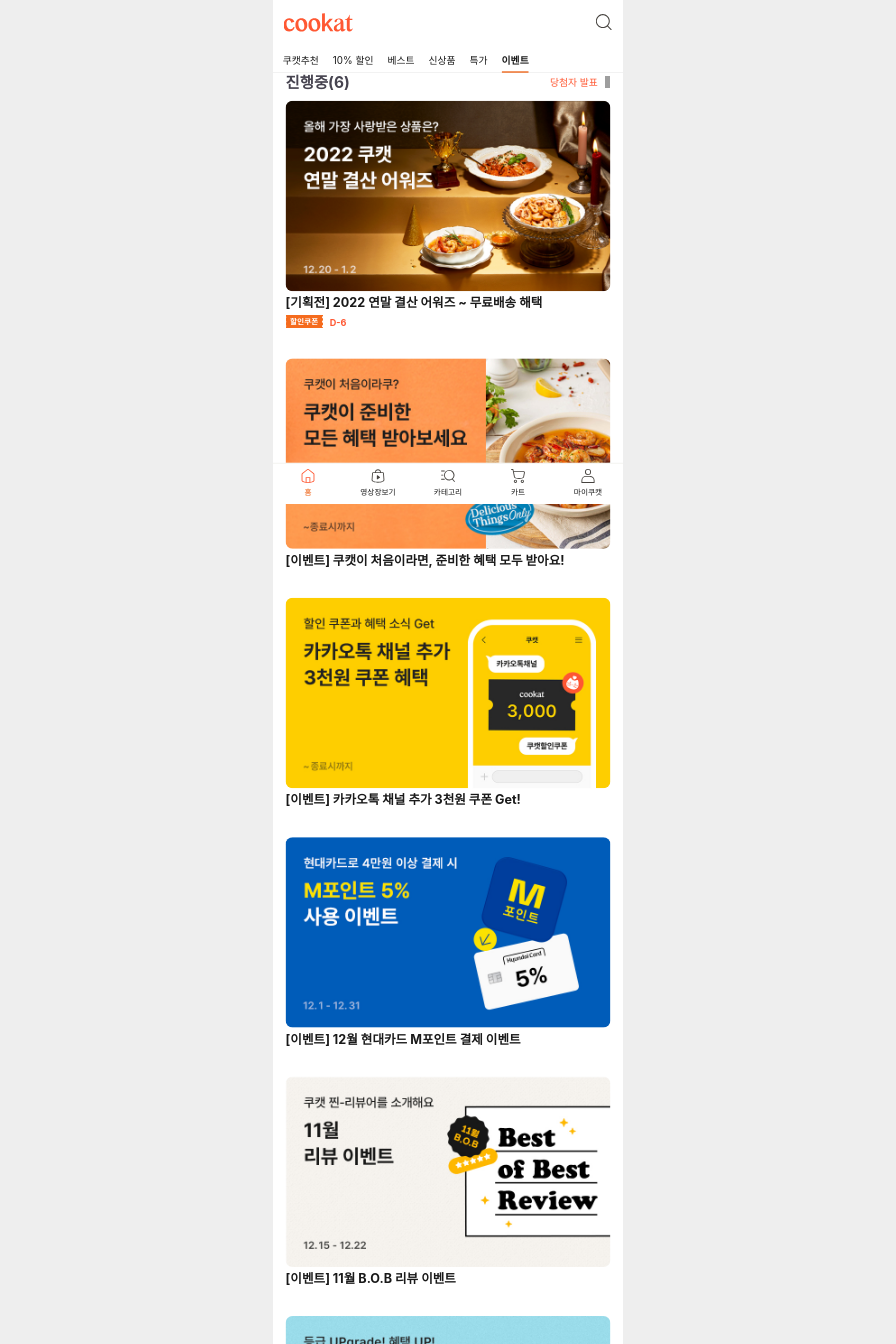
Repository: CooKat/Cookat
Page: event.html
The author's editor kept a copy of each file at every save. The page is drawn from the files as they stood at one save, then again after the next save.
The browser window is 1280 px wide. The pictures show the part of the page from y = 0 to 1920 px (the page is 3066 px tall), at 70% of full size.
Pictures or frames that could not be fetched are drawn as grey boxes. A picture or video elsewhere on the page could not be fetched, so the positions and the page height are approximate. Some web fonts or font styles are not loaded; a fallback is used.

Above is the page before, as saved 2022-12-29 17:25:36.
Not found: css/responsive.css
Not found: js/ex1.js

### event.html
<!DOCTYPE html>
<html lang="ko-KR">
  <head>
    <meta charset="UTF-8" />
    <meta http-equiv="X-UA-Compatible" content="IE=edge" />
    <meta name="viewport" content="width=device-width, initial-scale=1.0" />
    <link rel="shortcut icon" type="image/x-icon" href="./images/1.png" />
    <link
      rel="stylesheet"
      as="style"
      crossorigin
      href="https://cdn.jsdelivr.net/gh/orioncactus/pretendard@v1.3.6/dist/web/static/pretendard.css"
    />
    <link
      href="https://cdn.jsdelivr.net/npm/remixicon@2.5.0/fonts/remixicon.css"
      rel="stylesheet"
    />
    <link
      rel="stylesheet"
      href="https://cdn.jsdelivr.net/npm/swiper/swiper-bundle.min.css"
    />
    <link rel="stylesheet" href="./css/main.css" />
    <link rel="stylesheet" href="./css/event.css" />
    <title>쿠캣</title>
  </head>
  <body>
    <div class="container">
      <!-- 상단 메뉴바 -->
      <header class="header">
        <a href="/" class="logo"
          ><img src="./images/logo-main.svg" alt="쿠캣마켓"
        /></a>
        <div class="menu swiper">
          <ul class="swiper-wrapper" role="menubar" aria-hidden="false">
            <li role="none" class="swiper-slide">
              <a role="menuitem" href="/">쿠캣추천</a>
            </li>
            <li class="swiper-slide" role="none">
              <a role="menuitem" href="/">10% 할인</a>
            </li>
            <li class="swiper-slide" role="none">
              <a role="menuitem" href="./best.html">베스트</a>
            </li>
            <li class="swiper-slide" role="none">
              <a role="menuitem" href="/">신상품</a>
            </li>
            <li class="swiper-slide" role="none">
              <a role="menuitem" href="./specialPrice.html">특가</a>
            </li>
            <li class="swiper-slide active" role="none">
              <a role="menuitem" href="/">이벤트</a>
            </li>
          </ul>
        </div>
        <button type="button" class="search">
          <img src="./images/ic-24-finder.svg" alt="검색 아이콘" />
        </button>
      </header>

      <main class="main">
        <section class="event">
          <!-- 진행중(6) 당첨자 발표 -->
          <div class="event-ing">
            <h2 class="event-ing-title">진행중(6)</h2>
            <a href="/"><p>당첨자 발표</p></a>
          </div>

          <!-- 행사 아이템들 -->
          <div class="item-list">
            <a href="/event.html">
              <div class="item-list-item">
                <img src="./images/event1.jpg" />
                <h2 class="item-list-title title-first">
                  [기획전] 2022 연말 결산 어워즈 ~ 무료배송 해택
                </h2>
                <div class="coupon-day">
                  <i class="icon-coupon"></i>
                  <span class="coupon-date">D-6</span>
                </div>
              </div>
            </a>
          </div>

          <div class="item-list">
            <a href="/event.html">
              <div class="item-list-item">
                <img src="./images/event2.jpg" />
                <h2 class="item-list-title">
                  [이벤트] 쿠캣이 처음이라면, 준비한 혜택 모두 받아요!
                </h2>
              </div>
            </a>
          </div>

          <div class="item-list">
            <a href="/event.html">
              <div class="item-list-item">
                <img src="./images/event3.jpg" />
                <h2 class="item-list-title">
                  [이벤트] 카카오톡 채널 추가 3천원 쿠폰 Get!
                </h2>
              </div>
            </a>
          </div>

          <div class="item-list">
            <a href="/event.html">
              <div class="item-list-item">
                <img src="./images/event4.jpg" />
                <h2 class="item-list-title">
                  [이벤트] 12월 현대카드 M포인트 결제 이벤트
                </h2>
              </div>
            </a>
          </div>

          <div class="item-list">
            <a href="/event.html">
              <div class="item-list-item">
                <img src="./images/event5.jpg" />
                <h2 class="item-list-title">[이벤트] 11월 B.O.B 리뷰 이벤트</h2>
              </div>
            </a>
          </div>

          <div class="item-list">
            <a href="/event.html">
              <div class="item-list-item">
                <img src="./images/event6.jpg" />
                <h2 class="item-list-title">
                  [공지사항] NEW 쿠캣 등급 개편 안내
                </h2>
              </div>
            </a>
          </div>
        </section>
      </main>

      <!-- footer -->
      <footer class="footer">
        <div class="center-info-container">
          <h2 class="center-info">쿠캣 고객센터</h2>
          <span class="time-info"
            >평일 <time>10:00</time> ~ <time>18:00</time> (점심시간
            <time>13:00</time> ~ <time>14:00</time>)</span
          >

          <a href="tel:1668-3525" class="center-contact"> 고객센터</a>
        </div>
        <div class="business-info-container">
          <div class="business-info-title-container">
            <h2 class="business-info">(주) 쿠캣 사업자 정보</h2>
            <button class="business-info-toggle-btn">
              <img
                alt="addit-toggle-img"
                src="	https://crcf.cookatmarket.com/assets/mobile/img/using_guide/ic-16-close-bold.svg"
              />
            </button>
          </div>

          <ul class="business-info-list">
            <li class="business-info-item">
              <label for="representative">대표자</label
              ><span id="representative">이문주</span>
            </li>
            <li class="business-info-item">
              <label for="address">주소</label>
              <address id="address">
                서울특별시 강남구 영동대로112길 36, 3층, 지하 1층 (삼성동,
                오티씨타워)
              </address>
            </li>
            <li class="business-info-item">
              <label
                for="
              business-number"
                >사업자등록번호</label
              ><span id=" business-number">
                110-86-12995
                <a class="business-info-check" href="/"
                  >사업자정보 확인</a
                ></span
              >
            </li>
            <li class="business-info-item">
              <label for="mail-order-number">통신판매업 신고번호</label
              ><span
                id="
              mail-order-number"
                >2018-서울강남-01681</span
              >
            </li>
            <li class="business-info-item">
              <div class="center-info-flexcontent-container">
                <label
                  for="
              service-center"
                  >고객센터</label
                >
                <div class="center-info-content-container">
                  <a
                    id="service-center"
                    href="tel:1668-3525
              "
                    >1668-3525
                  </a>
                  <span id="service-center"
                    >평일 <time>10:00</time> ~ <time>18:00</time> (점심시간
                    <time>13:00</time> ~ <time>14:00</time>) 주말
                    <time>10:00</time> ~ <time>13:00</time></span
                  >
                </div>
              </div>
            </li>
            <li class="business-info-item">
              <label for="marketing-email">마케팅 제휴문의</label
              ><span id="marketing-email">marketing@cookat.co</span>
            </li>
            <li class="business-info-item">
              <label
                for="
              goods-email"
                >상품 제휴문의</label
              ><span id=" goods-email">
                <span>product@cookat.co<br /></span
              ></span>
            </li>
            <li class="business-info-item">
              <label for="person-in-charge">개인정보보호 책임자</label
              ><span id="person-in-charge"> 주지석 (jiseok.joo@cookat.co)</span>
            </li>
          </ul>

          <small class="copyright">
            Copyright © 쿠캣. All rights reserved.</small
          >
          <ul class="more-details-list">
            <li><a class="more-details" href="/">이용약관</a></li>
            <li>
              <a class="more-details" id="qkdcla" href="/">개인정보 처리방침</a>
            </li>
            <li><a class="more-details" href="/">공지사항</a></li>
          </ul>
        </div>

        <div class="additional-container">
          <a href="/">로그인</a>
          <a id="app-down" href="/"> APP다운</a>
        </div>
      </footer>

      <!-- 하단바 -->
      <nav class="fix-footer-menu">
        <ul>
          <li class="my-home on"><a href="/">홈</a></li>
          <li class="my-video"><a href="/">영상장보기</a></li>
          <li class="my-menu"><a href="/">카테고리</a></li>
          <li class="my-cart"><a href="/">카트</a></li>
          <li class="my-cookat"><a href="/">마이쿠캣</a></li>
        </ul>
      </nav>
    </div>

    <!-- Swiper JS -->
    <script src="https://cdn.jsdelivr.net/npm/swiper/swiper-bundle.min.js"></script>
    <!-- Initialize Swiper -->
    <script src="./js/ex1.js"></script>
    <script>
      var menu = new Swiper('.menu.swiper', {
        slidesPerView: 'auto',
        freeMode: true,
      });
    </script>
  </body>
</html>

### css/event.css
main {
  padding: 0 18px;
}
body {
  margin-top: 30px;
}

.event-ing {
  display: flex;
  flex-flow: row nowrap;
  justify-content: space-between;
  align-items: center;
  margin-top: var(--spacing-xxxl);
  margin-bottom: var(--spacing-md);
}

.event-ing-title {
  font-size: var(--text-xl);
  line-height: var(--text-xxl);
  color: var(--color-black);
  font-weight: 700;
}

.event-ing p {
  color: #ff5833;
  font-size: var(--text-sm);
}
.event-ing p::after {
  content: '';
  color: #ff5833;
  margin-left: var(--spacing-xxs);
  padding-left: var(--spacing-md);
  background: url('https://crcf.cookatmarket.com/assets/mobile/img/using_guide/ic-16-next-orange-fit.svg')
    no-repeat 6px;
}

.item-list {
}

.item-list-item {
}

.item-list-item img {
  border-radius: 10px;
}

.item-list-title {
  font-size: var(--text-lg);
  line-height: var(--text-xxl);
  font-weight: 700;
  margin-bottom: var(--spacing-xxxl);
}

.title-first {
  margin-bottom: 0;
}

.item-list-title h2:first-child {
  margin-bottom: 0;
}

.coupon-day {
  margin-top: var(--spacing-xxs);
  display: flex;
  flex-flow: row nowrap;
  margin-bottom: var(--spacing-xxxl);
}

.icon-coupon {
  width: 53px;
  height: 19px;
  background: url(../images/ic-event-sale-coupon-orange.svg) no-repeat center;
  display: inline-block;
  text-align: center;
}

.coupon-date {
  color: #ff5833;
  line-height: var(--text-xl);
  font-size: var(--text-xs);
  align-items: center;
  font-weight: 700;
  padding-left: var(--spacing-sm);
}

@media (max-width: 500px) {
  .event-ing-title {
    font-size: 4vw;
    line-height: 3vh;
  }

  .item-list-title {
    font-size: 7vw;
    line-height: 5vh;
  }
}

### css/theme.css
:root {
  /* 수식 단축키 art+shift+M */
  --color-white: #ffffff;
  --color-blank: #f9f9f9;
  --color-cement: #9d9995;
  --color-placeholder: #bbb8b5;
  --color-deep-orange: #eb5500;
  --color-border: #e9e8e2;
  --color-success: #579bdb;
  --color-black: #46434f;
  --color-gray: #9d999d;
  --color-greyish-brown: #5b5752;

  --spacing-sxxs: 0.125rem; /* 2px */
  --spacing-xxs: 0.25rem; /* 4px */
  --spacing-xs: 0.5rem; /* 8px */
  --spacing-sm: 0.625rem; /* 10px */
  --spacing-xm: 0.75rem; /* 12px */
  --spacing-md: 0.875rem; /* 14px */
  --spacing-m: 0.937rem; /* 15px */
  --spacing-base: 1rem; /* 16px */
  --spacing-lg: 1.125rem; /* 18px */
  --spacing-l: 1.25rem; /* 20px */
  --spacing-xl: 1.5rem; /* 24px */
  --spacing-xxl: 2rem; /* 32px */
  --spacing-xxxl: 2.5rem; /* 40px */

  --spacing-6: 3.75rem; /* 60px */

  --text-sxxs: 0.6875rem; /* 11px */
  --text-xxs: 0.75rem; /* 12px */
  --text-xs: 0.8125rem; /* 13px */
  --text-sm: 0.875rem; /* 14px */
  --text-md: 0.9375rem; /* 15px */
  --text-base: 1rem; /* 16px */
  --text-lg: 1.125rem; /* 18px */
  --text-xl: 1.375rem; /* 22px */
  --text-xxl: 1.625rem; /* 26px */

  --swiper-navigation-size: 1.125rem; /* 18px */

  --max-width: 31.25rem; /* 500px */
}

Loaded but not shown: css/normalize.css (library); css/reset.css (common file); css/main.css (973 lines, source omitted)

After the next save:
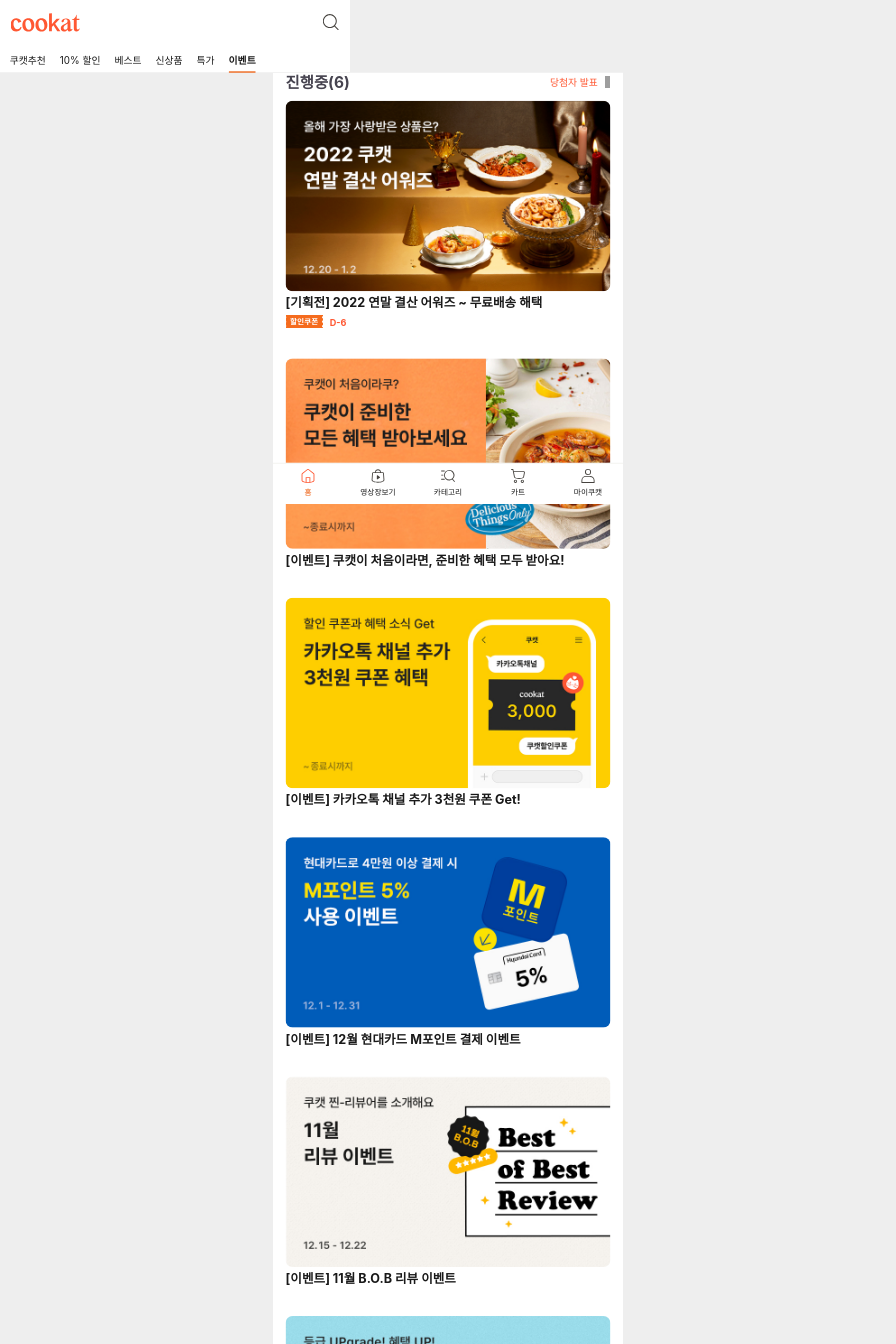
Saved 44 s later.
--- a/event.html
+++ b/event.html
@@ -23,40 +23,41 @@
     <link rel="stylesheet" href="./css/event.css" />
     <title>쿠캣</title>
   </head>
+
   <body>
+    <!-- 상단 메뉴바 -->
+    <header class="header">
+      <a href="/" class="logo"
+        ><img src="./images/logo-main.svg" alt="쿠캣마켓"
+      /></a>
+      <div class="menu swiper">
+        <ul class="swiper-wrapper" role="menubar" aria-hidden="false">
+          <li role="none" class="swiper-slide">
+            <a role="menuitem" href="/">쿠캣추천</a>
+          </li>
+          <li class="swiper-slide" role="none">
+            <a role="menuitem" href="/">10% 할인</a>
+          </li>
+          <li class="swiper-slide" role="none">
+            <a role="menuitem" href="./best.html">베스트</a>
+          </li>
+          <li class="swiper-slide" role="none">
+            <a role="menuitem" href="/">신상품</a>
+          </li>
+          <li class="swiper-slide" role="none">
+            <a role="menuitem" href="./specialPrice.html">특가</a>
+          </li>
+          <li class="swiper-slide active" role="none">
+            <a role="menuitem" href="/">이벤트</a>
+          </li>
+        </ul>
+      </div>
+      <button type="button" class="search">
+        <img src="./images/ic-24-finder.svg" alt="검색 아이콘" />
+      </button>
+    </header>
+
     <div class="container">
-      <!-- 상단 메뉴바 -->
-      <header class="header">
-        <a href="/" class="logo"
-          ><img src="./images/logo-main.svg" alt="쿠캣마켓"
-        /></a>
-        <div class="menu swiper">
-          <ul class="swiper-wrapper" role="menubar" aria-hidden="false">
-            <li role="none" class="swiper-slide">
-              <a role="menuitem" href="/">쿠캣추천</a>
-            </li>
-            <li class="swiper-slide" role="none">
-              <a role="menuitem" href="/">10% 할인</a>
-            </li>
-            <li class="swiper-slide" role="none">
-              <a role="menuitem" href="./best.html">베스트</a>
-            </li>
-            <li class="swiper-slide" role="none">
-              <a role="menuitem" href="/">신상품</a>
-            </li>
-            <li class="swiper-slide" role="none">
-              <a role="menuitem" href="./specialPrice.html">특가</a>
-            </li>
-            <li class="swiper-slide active" role="none">
-              <a role="menuitem" href="/">이벤트</a>
-            </li>
-          </ul>
-        </div>
-        <button type="button" class="search">
-          <img src="./images/ic-24-finder.svg" alt="검색 아이콘" />
-        </button>
-      </header>
-
       <main class="main">
         <section class="event">
           <!-- 진행중(6) 당첨자 발표 -->

After the save that followed:
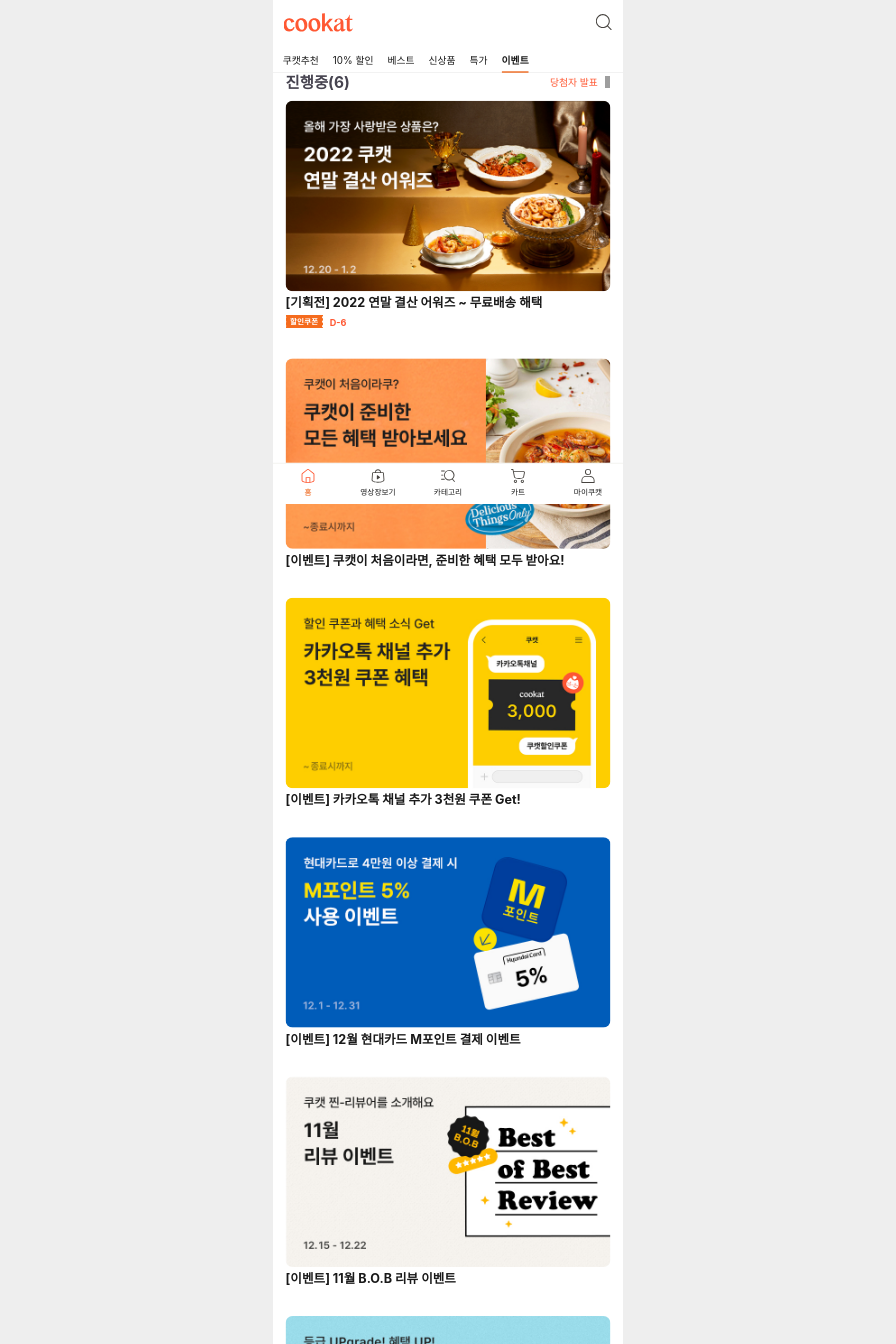
Saved 28 s later.
--- a/event.html
+++ b/event.html
@@ -23,41 +23,40 @@
     <link rel="stylesheet" href="./css/event.css" />
     <title>쿠캣</title>
   </head>
-
   <body>
-    <!-- 상단 메뉴바 -->
-    <header class="header">
-      <a href="/" class="logo"
-        ><img src="./images/logo-main.svg" alt="쿠캣마켓"
-      /></a>
-      <div class="menu swiper">
-        <ul class="swiper-wrapper" role="menubar" aria-hidden="false">
-          <li role="none" class="swiper-slide">
-            <a role="menuitem" href="/">쿠캣추천</a>
-          </li>
-          <li class="swiper-slide" role="none">
-            <a role="menuitem" href="/">10% 할인</a>
-          </li>
-          <li class="swiper-slide" role="none">
-            <a role="menuitem" href="./best.html">베스트</a>
-          </li>
-          <li class="swiper-slide" role="none">
-            <a role="menuitem" href="/">신상품</a>
-          </li>
-          <li class="swiper-slide" role="none">
-            <a role="menuitem" href="./specialPrice.html">특가</a>
-          </li>
-          <li class="swiper-slide active" role="none">
-            <a role="menuitem" href="/">이벤트</a>
-          </li>
-        </ul>
-      </div>
-      <button type="button" class="search">
-        <img src="./images/ic-24-finder.svg" alt="검색 아이콘" />
-      </button>
-    </header>
-
     <div class="container">
+      <!-- 상단 메뉴바 -->
+      <header class="header">
+        <a href="/" class="logo"
+          ><img src="./images/logo-main.svg" alt="쿠캣마켓"
+        /></a>
+        <div class="menu swiper">
+          <ul class="swiper-wrapper" role="menubar" aria-hidden="false">
+            <li role="none" class="swiper-slide">
+              <a role="menuitem" href="/">쿠캣추천</a>
+            </li>
+            <li class="swiper-slide" role="none">
+              <a role="menuitem" href="/">10% 할인</a>
+            </li>
+            <li class="swiper-slide" role="none">
+              <a role="menuitem" href="./best.html">베스트</a>
+            </li>
+            <li class="swiper-slide" role="none">
+              <a role="menuitem" href="/">신상품</a>
+            </li>
+            <li class="swiper-slide" role="none">
+              <a role="menuitem" href="./specialPrice.html">특가</a>
+            </li>
+            <li class="swiper-slide active" role="none">
+              <a role="menuitem" href="/">이벤트</a>
+            </li>
+          </ul>
+        </div>
+        <button type="button" class="search">
+          <img src="./images/ic-24-finder.svg" alt="검색 아이콘" />
+        </button>
+      </header>
+
       <main class="main">
         <section class="event">
           <!-- 진행중(6) 당첨자 발표 -->
